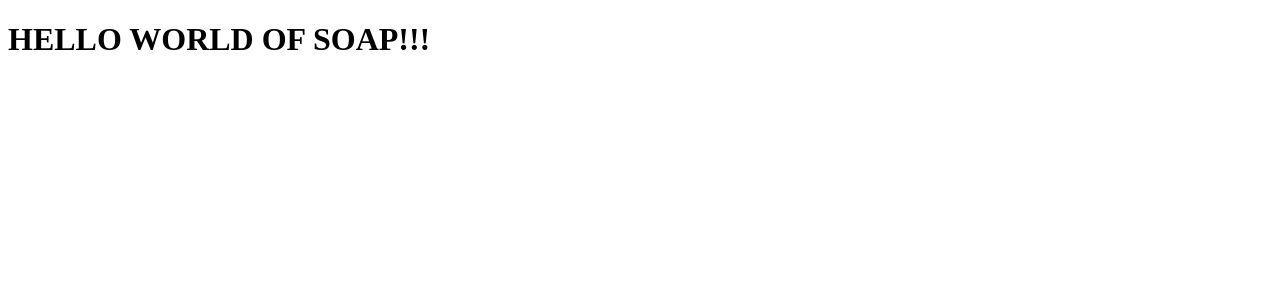
Repository: atafs/BackEnd_JAX-JAX-WS_SOAP
Page: http://localhost/Project_003_SOAP_server_ServiceAndContractFirst/
The author's editor kept a copy of each file at every save. The page is drawn from the files as they stood at one save, then again after the next save.
The browser window is 1280 px wide. The pictures show the whole page.
The page is served by Tomcat 9.

Above is the page before, as saved 2016-01-25 17:05:04.

After the next save:
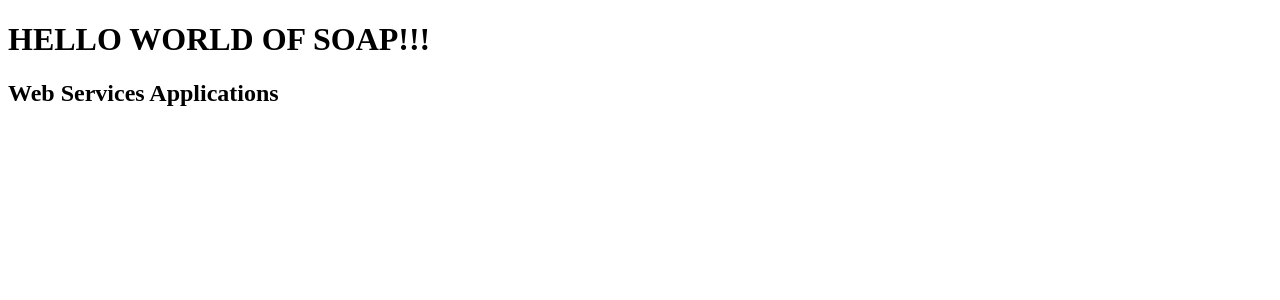
Saved 17 h 2 min later.
--- a/Project_003_SOAP_server_ServiceAndContractFirst/WebContent/index.jsp
+++ b/Project_003_SOAP_server_ServiceAndContractFirst/WebContent/index.jsp
@@ -8,6 +8,7 @@
 </head>
 <body>
 	<h1>HELLO WORLD OF SOAP!!!</h1>
+	<h2>Web Services Applications</h2>
 
 </body>
 </html>
